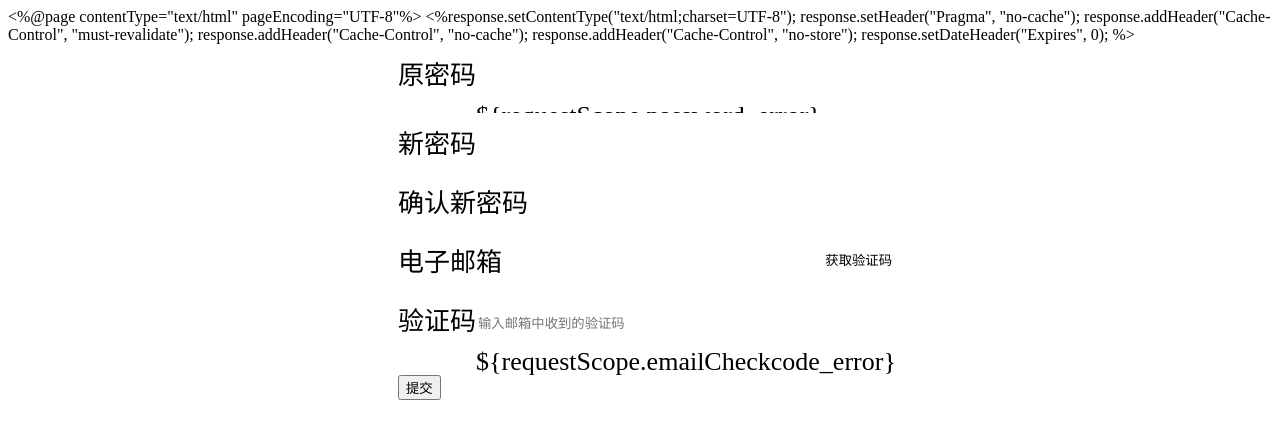
Repository: IAmJiangWenHao/ReportServer
Page: web/demo.html
The author's editor kept a copy of each file at every save. The page is drawn from the files as they stood at one save, then again after the next save.
The browser window is 1280 px wide. The pictures show the whole page.

Above is the page before, as saved 2023-05-18 21:48:41.

After the next save:
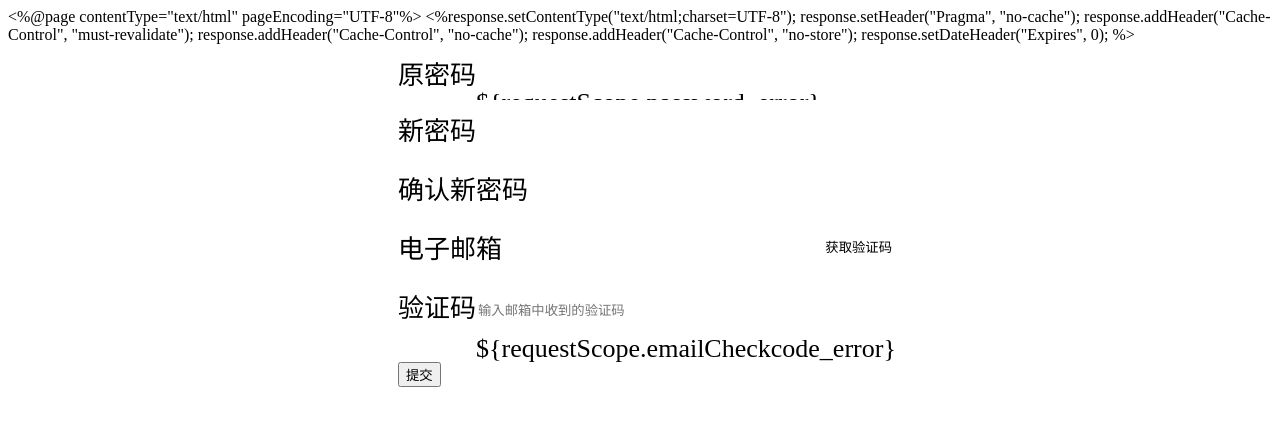
Saved 3 min 46 s later.
--- a/web/demo.html
+++ b/web/demo.html
@@ -84,7 +84,7 @@
     justify-content: center;
     align-items: center;">
       <form action="SetPasswordEmail.do" method="post" name="form1" onSubmit="return Check()">
-        <div class="hang"><div class="key">原密码</div> <div     class="input" id="old"><input          type="password" name="oldpass" >${requestScope.password_error}</div></div>
+        <div style="height: 34.4px;" class="hang"><div class="key">原密码</div> <div     class="input" id="old"><input          type="password" name="oldpass" >${requestScope.password_error}</div></div>
         <div class="hang"><div class="key">新密码</div> <div     class="input" id="new"><input          type="password" name="newpass" ><div id="info_newpass" style="color: #ff0000;display:inline;"></div></div></div>
         <div class="hang"><div class="key">确认新密码</div> <div class="input" id="comfirm"><input  type="password" name="confirmpass"  ><div id="info_confirm" style="color: #ff0000;display:inline;"></div> </div></div>
         <div class="hang"><div class="key">电子邮箱</div> <div style="display:flex"  class="input" id="email"><input      type="text" name="email" onblur=isEmail(this.value)> <input type="button" id="button" value="获取验证码"></div></div>
